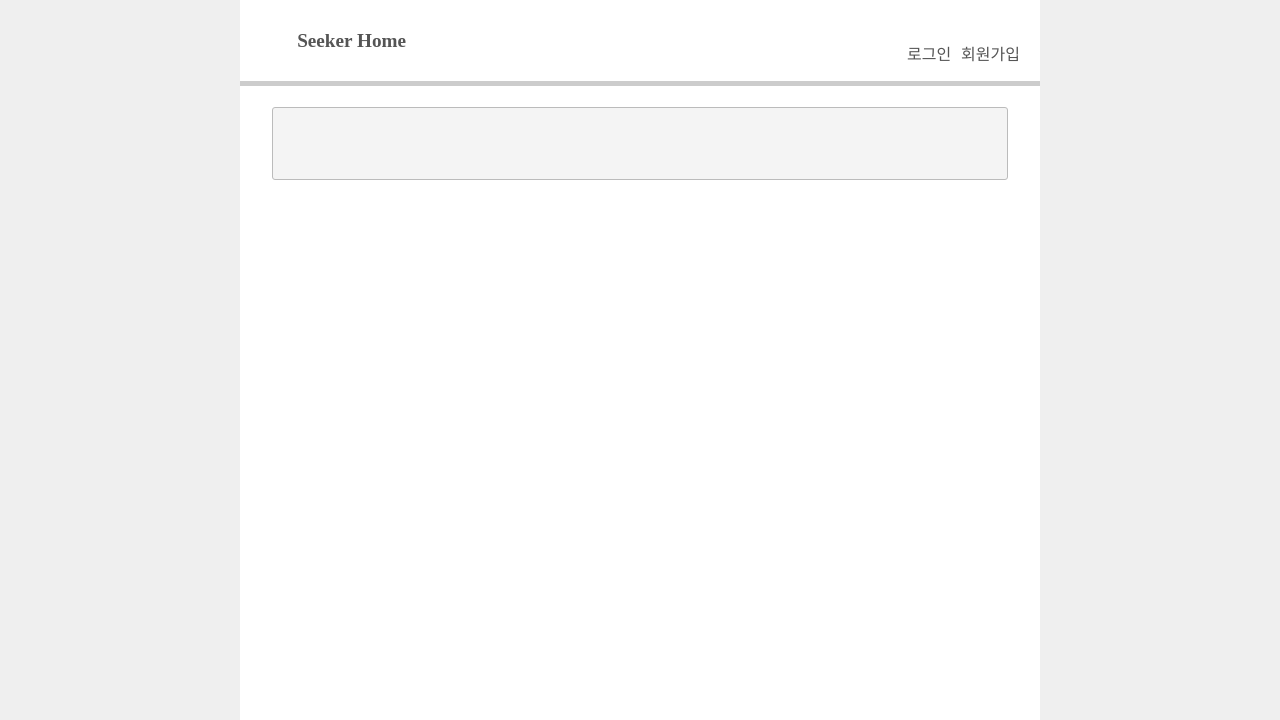
Repository: Seeker2250/JspTest
Page: http://localhost/jspPro/days02/ex02.jsp
These files come from the project's save history. The page is drawn as it stood at one moment and after the next save; the edit follows.
The browser window is 1280 px wide. The pictures show the whole page.
Some web fonts or font styles are not loaded; a fallback is used. The page is served by Tomcat 9.

Above is the page before, as saved 2024-10-16 05:43:06.

After the next save:
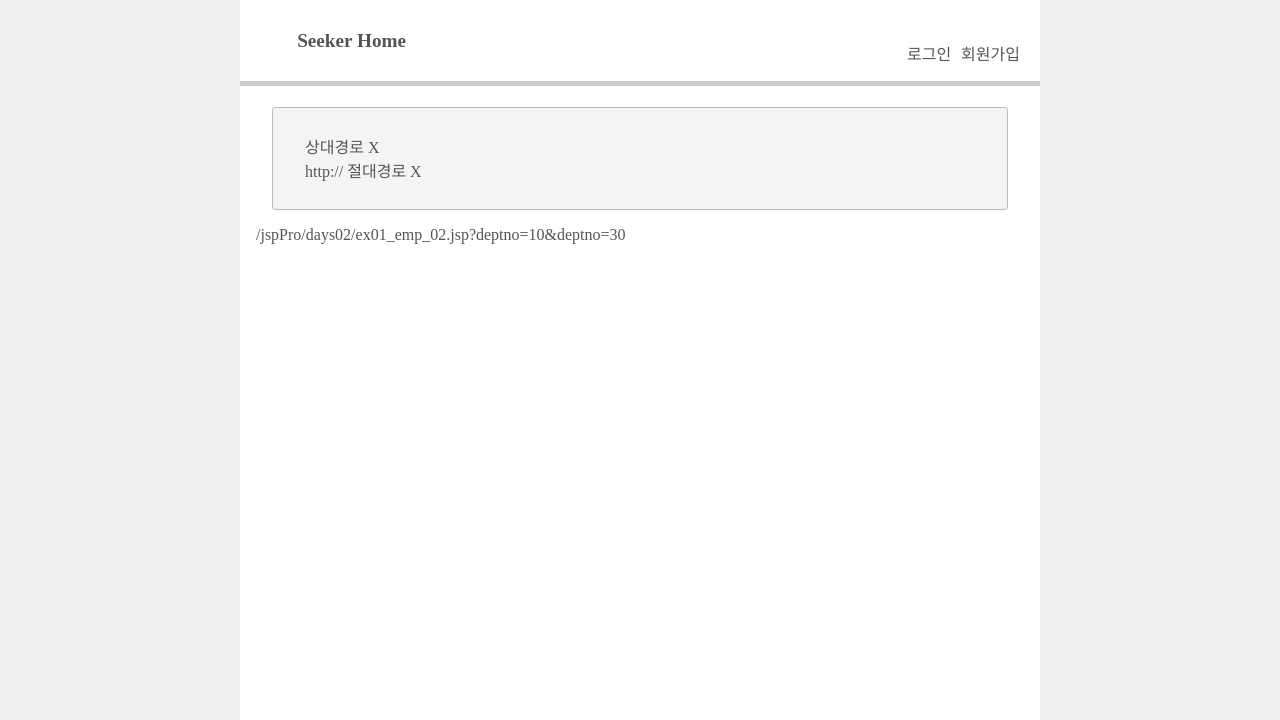
Saved 2 min 12 s later.
--- a/jspPro/src/main/webapp/days02/ex02.jsp
+++ b/jspPro/src/main/webapp/days02/ex02.jsp
@@ -26,8 +26,10 @@
 </header>
 <div>
  <xmp class="code">
-
+    상대경로 X
+    http:// 절대경로 X
   </xmp>
+  /jspPro/days02/ex01_emp_02.jsp?deptno=10&deptno=30
 </div>
 </body>
 </html>
